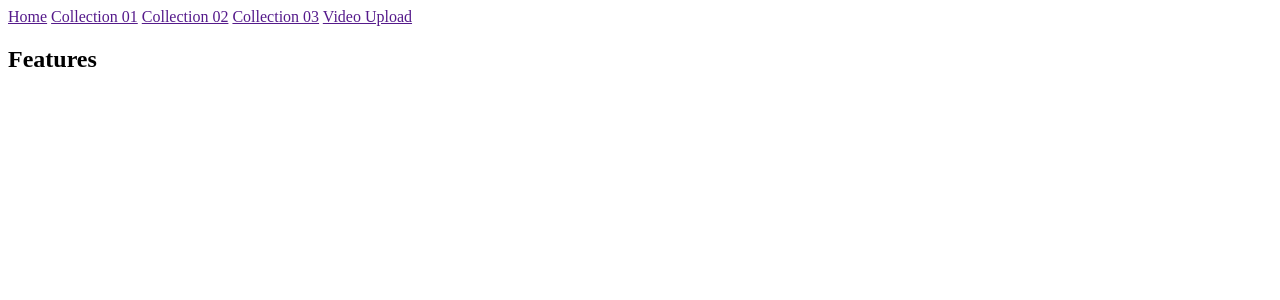
Repository: JoaoLemesDEV/Project-MyTube
Page: index.html
These files come from the project's save history. The page is drawn as it stood at one moment and after the next save; the edit follows.
The browser window is 1280 px wide. The pictures show the whole page.

Above is the page before, as saved 2021-10-10 19:51:12.

After the next save:
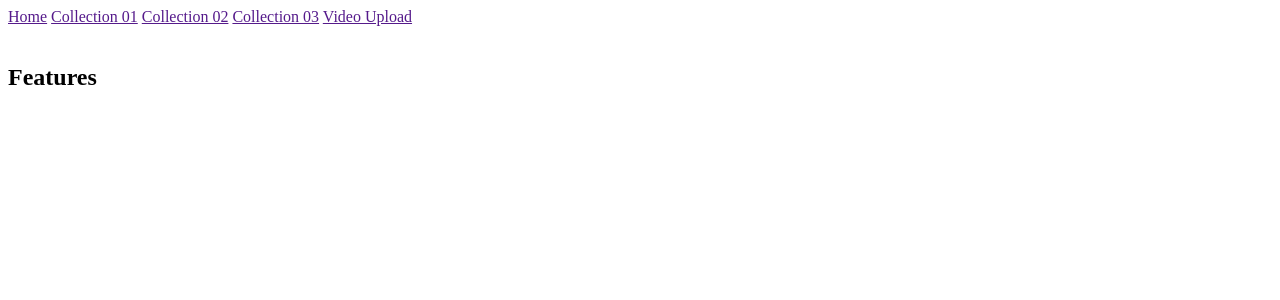
Saved 7 s later.
--- a/index.html
+++ b/index.html
@@ -16,7 +16,7 @@
     <a href="">Video Upload</a>
   </nav>
 
-  <h2>Features</h2>
+  <br><h2>Features</h2>
   <section id="collection01">
 
 
